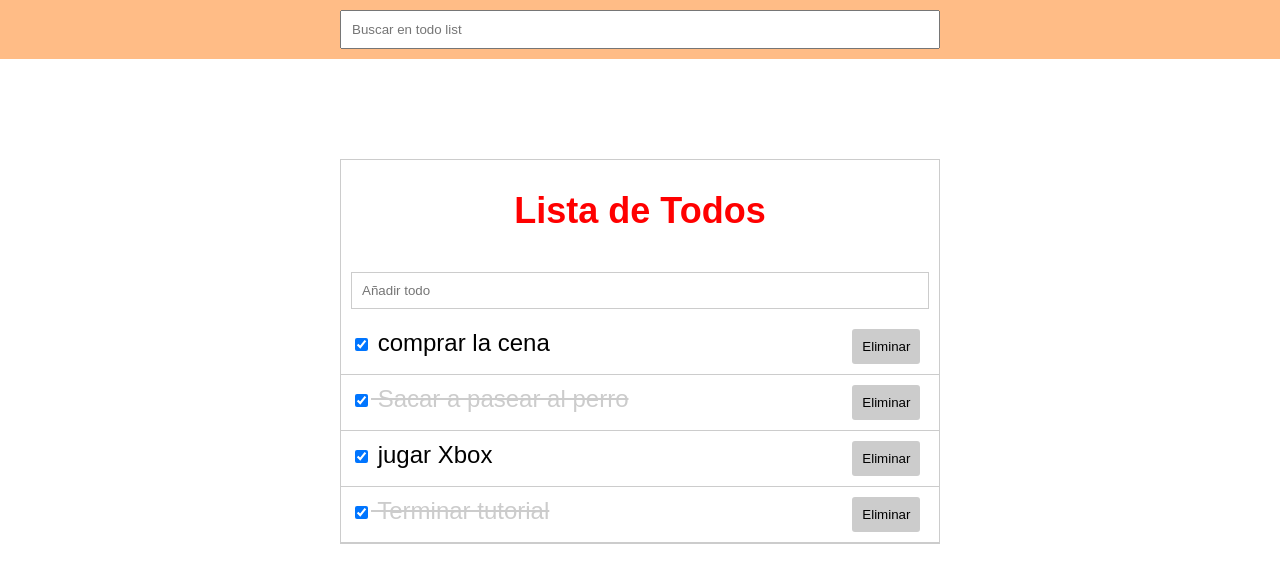
Repository: MauriVaz/Primer-app-con-Vue
Page: /
These files come from the project's save history. The page is drawn as it stood at one moment and after the next save; the edit follows.
The browser window is 1280 px wide. The pictures show the whole page.
The project was rebuilt for these pictures with package versions that can differ from the ones it lists, and the page was loaded fresh each time. Also part of the build but not shown: vue.config.js.

Above is the page before, as saved 2022-12-28 22:03:20.

### public/index.html
<!DOCTYPE html>
<html lang="">
  <head>
    <meta charset="utf-8">
    <meta http-equiv="X-UA-Compatible" content="IE=edge">
    <meta name="viewport" content="width=device-width,initial-scale=1.0">
    <link rel="icon" href="<%= BASE_URL %>favicon.ico">
    <title><%= htmlWebpackPlugin.options.title %></title>
  </head>
  <body>
    <noscript>
      <strong>Por favor activa Javascript</strong>
    </noscript>
    <div id="app"></div>
    <!-- built files will be auto injected -->
  </body>
</html>

### src/App.vue
<template>
  <div>
    <div id="header">
      <Search v-on:query-change="querySearch" />
    </div>

    <div id="main-container">
      <h2>Lista de Todos</h2>
      <TodoAdd v-on:add-todo="addTodo"/>
      <Todos v-bind:todoslist="copyTodos" v-on:delete-todo="deleteTodo" />
    </div>
  </div>
</template>

<script>
//import HelloWorld from './components/HelloWorld.vue'
import Search from './components/Search';
import Todos from './components/Todos';
import TodoAdd from './components/TodoAdd';

export default {
  name: 'App',
  components: {
    Todos, TodoAdd, Search
  },
  methods: {
    deleteTodo(id){
      this.todos = this.todos.filter(todo => todo.id != id);
      this.copyTodos = [...this.todos];
    },
    addTodo(todo){
      this.todos.push(todo);
      this.copyTodos = [...this.todos];
    },
    querySearch(query){
      if(query.trim() === ''){
        this.copyTodos = [...this.todos];
      }else{
        const temp = this.todos.filter(todo =>{
          return todo.title.includes(query)
        });

        this.copyTodos = [...temp];
      }
    }
  },
  data(){
    return {
      todos: [
        {
          id: 0,
          title:  'comprar la cena',
          completed: false
        },
        {
         id: 1,
         title: 'Sacar a pasear al perro',
         completed: true
       },
       {
         id: 2,
         title: 'jugar Xbox',
         completed: false
       },
       {
         id: 3,
         title: 'Terminar tutorial',
         completed: true
       }
      ],
      copyTodos: []
    }
  },
  created(){
    this.copyTodos = [...this.todos];
  }
}
</script>

<style>
  *{
    box-sizing: border-box;
  }

  body{
    font-family: Arial, Helvetica, sans-serif;
    font-size: 1.5em;
    padding: 0;
    margin: 0;
  }

  #main-container{
    border: solid 1px #ccc;
    width: 600px;
    margin: 100px auto;
  }

  #header{
    background: rgba(255, 123, 15, .5);
    padding: 10px;
  }

  h2{
    padding: 0 10px;
    text-align: center;
    color:red
  }
</style>

### src/components/Search.vue
<!-- eslint-disable vue/multi-word-component-names -->
<template>
    <div id="search-container">
        <input type="text" placeholder="Buscar en todo list" v-model="query" v-on:input="$emit('query-change', query)">
    </div>
</template>

<script>
export default {
    // eslint-disable-next-line vue/multi-word-component-names
    name: 'Search',
    data(){
        return {
            query: ''
        }
    }
}
</script>

<style scoped>
    #search-container{
        width: 600px;
        margin: 0 auto;
    }

    input{
        padding: 10px;
        width: 100%;
        outline: none;
    }
</style>

### src/components/Todos.vue
<template>
    <div>
        <div v-bind:key="todo.id" v-for="todo in todoslist">
            <TodoItem v-bind:todo="todo" v-on:delete-todo="$emit('delete-todo', todo.id)" />
        </div>
    </div>
</template>

<script>
import TodoItem from './TodoItem';

    export default {
        // eslint-disable-next-line vue/multi-word-component-names
        name: 'Todos',
        props: ['todoslist'],
        components:{TodoItem}
    }
</script>

<style>
</style>

### src/components/TodoAdd.vue
<template>
    <div id="add-container">
        <form @submit="addTodo">
            <input type="text" placeholder="Añadir todo" v-model="title">
        </form>
    </div>
</template>

<script>
import { uuid } from 'vue-uuid';

export default {
    name: 'TodoAdd',
    data(){
        return {
            title: ''
        }
    },
    methods:{
        addTodo(e){
            e.preventDefault();

            const newTodo = {
                id: uuid.v4(),
                title: this.title.charAt(0).toLocaleUpperCase()
                + this.title.toLocaleLowerCase().substring(1, this.title.length),
                completed: false
            };

            this.title = '';
            this.$emit('add-todo', newTodo);
        }
    }
}
</script>

<style scoped>
    #add-container{
        padding: 10px;
    }
    input{
        padding: 10px;
        outline: none;
        border: solid 1px #ccc;
        width: 100%;
    }
</style>

### src/components/TodoItem.vue
<template>
    <div class="todo" v-bind:class="{completed: todo.completed}">
        <div class="todo-body" >
            <input type="checkbox"
                v-bind:checked="todo.completed ? 'checked': ''"
                v-on:change="checkTodo">
            {{todo.title}}
        </div>

        <div class="todo-actions">
            <button @click="$emit('delete-todo', todo.id)">Eliminar</button>
        </div>
    </div>
</template>

<script>
    export default {
        name: 'TodoItem',
        props: ['todo'],
        methods: {
            checkTodo(){
                // eslint-disable-next-line vue/no-mutating-props
                this.todo.completed =! this.todo.completed;
            }
        }
    }
</script>

<style scoped>
    .todo{
        border-bottom: solid 1px #ccc;
        padding: 10px;
    }

    .todo:not(.completed):hover{
        background-color: #eee;
    }

    .completed{
        color: #ccc;
        text-decoration: line-through;
    }
    .completed .todo-body{
        text-decoration: line-through;
    }

    .todo-body, .todo-actions{
        display: inline-block;
        vertical-align: top;
    }

    .todo-body{
        width: 85%;
    }
    .todo-actions{
        padding: 0 10px;
        width: 10%;
    }

    button{
        border: none;
        border-radius: 3px;
        padding: 10px;
        background-color: #ccc;
        color: black;
    }
    button:hover{
        background-color: #da2020;
        color: white;
    }
</style>

Loaded but not shown: src/main.js (common file)

After the next save:
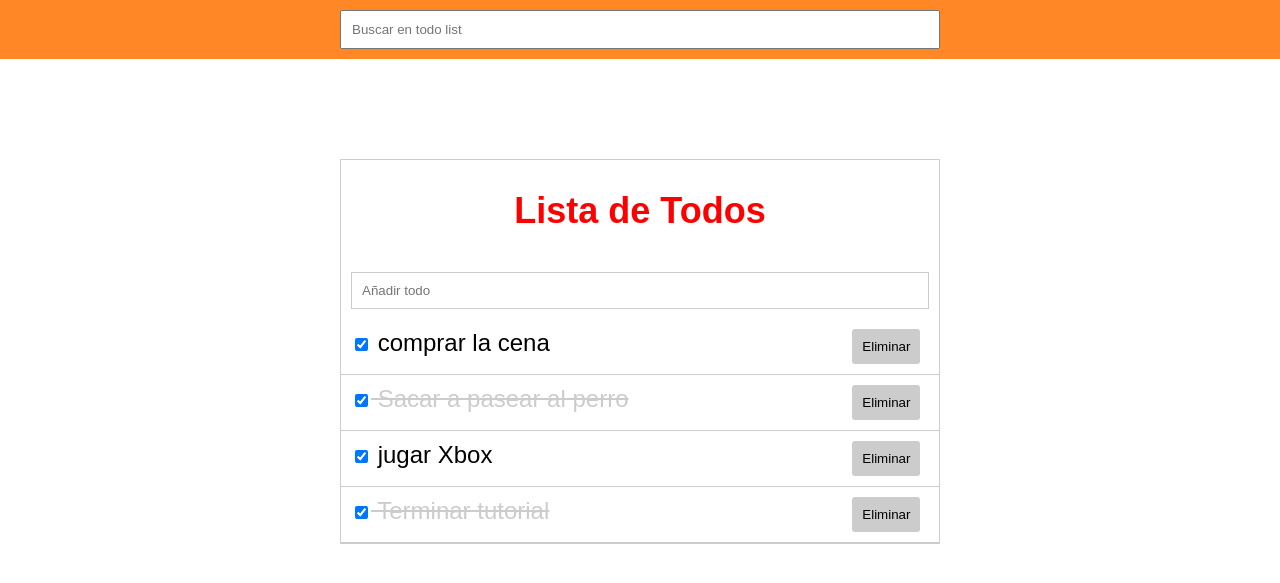
Saved 27 s later.
--- a/src/App.vue
+++ b/src/App.vue
@@ -96,7 +96,7 @@ export default {
   }
 
   #header{
-    background: rgba(255, 123, 15, .5);
+    background: rgba(255, 123, 15, .9);
     padding: 10px;
   }
 
